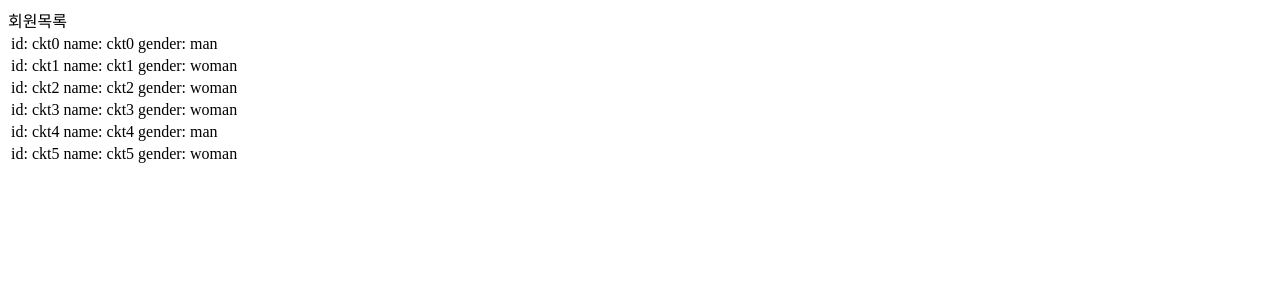
Repository: KyungGon-Lee/MiracomLast
Page: http://localhost/HelloMVCTest/listmember.do
The author's editor kept a copy of each file at every save. The page is drawn from the files as they stood at one save, then again after the next save.
The browser window is 1280 px wide. The pictures show the whole page.
The page is served by Tomcat 9.

Above is the page before, as saved 2018-07-11 05:48:14.

After the next save:
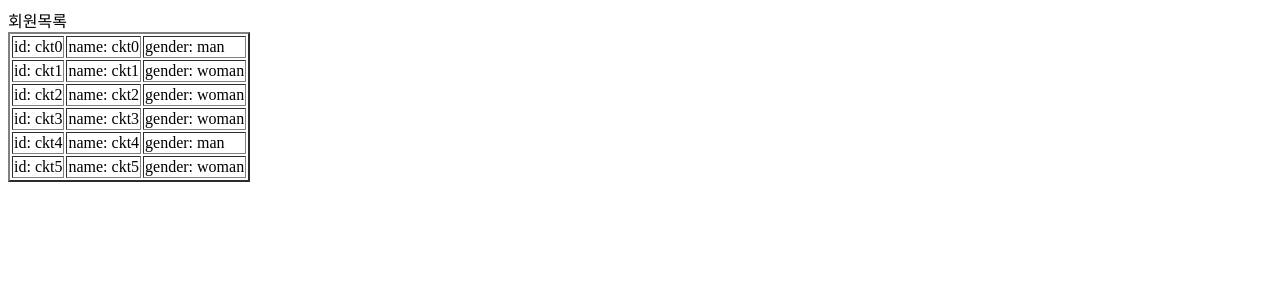
Saved 30 s later.
--- a/HelloMVCTest/src/main/webapp/WEB-INF/views/listmember.jsp
+++ b/HelloMVCTest/src/main/webapp/WEB-INF/views/listmember.jsp
@@ -11,15 +11,13 @@
 회원목록<br>
 
 
-<table>
-
+<table border=2>
 <c:forEach var="mem" items="${lists}">
 	<tr>
 		<td>id: ${mem.id} </td>
 		<td>name: ${mem.name} </td>
 		<td>gender: ${mem.gender} </td>
 	</tr>
-
 </c:forEach>
 </table>
 
